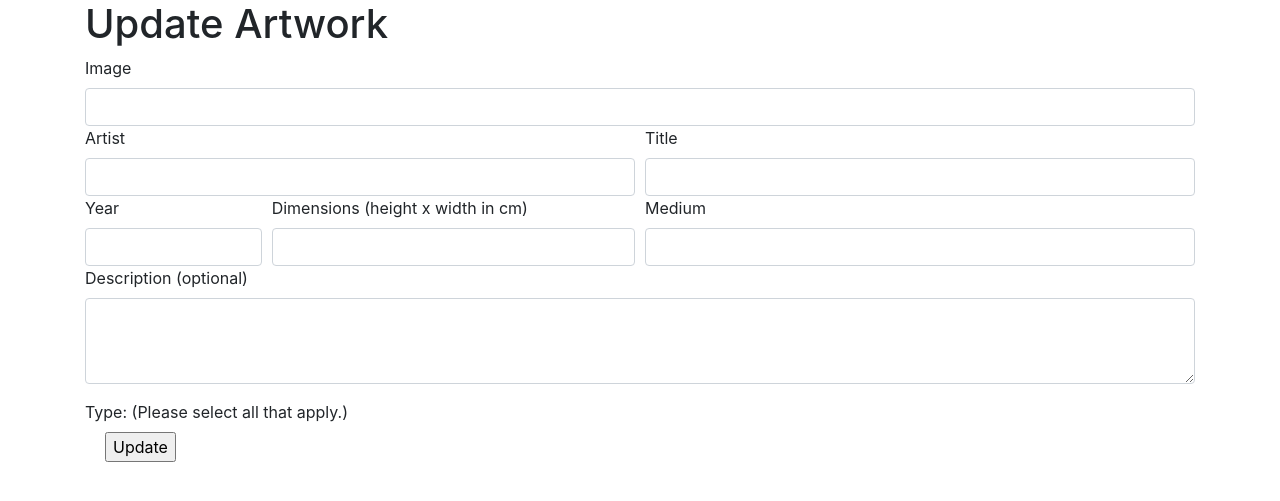
Repository: lynette-lyf/artwork-inventory
Page: templates/edit_artwork.template.html
The author's editor kept a record of every edit. The page is drawn from the files as they stood at one moment, then again after the next edit.
The browser window is 1280 px wide. The pictures show the whole page.
The page is served by the project's application, run on Flask 3 (app.py). The template is opened directly, without the code that normally fills it, so the values that code supplies are empty.

Above is the page before.

### templates/edit_artwork.template.html
<!doctype html>
<html lang="en">
  <head>
    <!-- Required meta tags -->
    <meta charset="utf-8">
    <meta name="viewport" content="width=device-width, initial-scale=1, shrink-to-fit=no">

    <!-- Bootstrap CSS -->
    <link rel="stylesheet" href="https://stackpath.bootstrapcdn.com/bootstrap/4.3.1/css/bootstrap.min.css" integrity="sha384-ggOyR0iXCbMQv3Xipma34MD+dH/1fQ784/j6cY/iJTQUOhcWr7x9JvoRxT2MZw1T" crossorigin="anonymous">

    <title>Add Artwork</title>
  </head>
  <body>
    <div class='container'>
        <h1>Update Artwork</h1>
        <form class='form' method="POST">
          <div class='form-row'>
              <div class='col-12'>
                <label>Image</label>
                <input type='text' class='form-control' name='image' value='{{artworksAndConsigners["image"]}}' required/>
            </div>
            <div class='col-6'>
                <label>Artist</label>
                <input type='text' class='form-control' name='artist' value='{{artworksAndConsigners["artist"]}}' required/>
            </div>
            <div class='col-6'>
                <label>Title</label>
                <input type='text' class='form-control' name='title' value='{{artworksAndConsigners["title"]}}' required/>
            </div>
          </div>

          <div class='form-row'>
            <div class='col-2'>
                <label>Year</label>
                <input type='number' class='form-control' maxlength='4' min='1000' max='2019' name='year' value='{{artworksAndConsigners["year"]}}' required/>
            </div>
            <div class='col-4'>
                <label>Dimensions (height x width in cm)</label>
                <input type='text' class='form-control' name='dimensions' value='{{artworksAndConsigners["dimensions"]}}' required/>
            </div>
            <div class='col-6'>
                <label>Medium</label>
                <input type='text' class='form-control' name='medium' value='{{artworksAndConsigners["medium"]}}' required/>
            </div>
          </div>

            <div class='form-group'>
                <label>Description (optional)</label>
                <textarea class="form-control" rows="3" name='description'>{{artworksAndConsigners["description"]}}</textarea>
            </div>

            <label>Type: (Please select all that apply.)</label>

            <div class="form-check">
            {% for t in all_styles %}
            <input class="form-check-input" type='checkbox' value='{{t}}' id="type" name="type"
            {% if t in selected_type %} checked {%endif%}/>

            <label class="form-check-label" for="{{t}}">
              {{t}}
            </label>

            {% endfor %}
            </form>


            <input type="submit" value="Update"/>
        </form>
    </div>

    <!-- Optional JavaScript -->
    <!-- jQuery first, then Popper.js, then Bootstrap JS -->
    <script src="https://code.jquery.com/jquery-3.3.1.slim.min.js" integrity="sha384-q8i/X+965DzO0rT7abK41JStQIAqVgRVzpbzo5smXKp4YfRvH+8abtTE1Pi6jizo" crossorigin="anonymous"></script>
    <script src="https://cdnjs.cloudflare.com/ajax/libs/popper.js/1.14.7/umd/popper.min.js" integrity="sha384-UO2eT0CpHqdSJQ6hJty5KVphtPhzWj9WO1clHTMGa3JDZwrnQq4sF86dIHNDz0W1" crossorigin="anonymous"></script>
    <script src="https://stackpath.bootstrapcdn.com/bootstrap/4.3.1/js/bootstrap.min.js" integrity="sha384-JjSmVgyd0p3pXB1rRibZUAYoIIy6OrQ6VrjIEaFf/nJGzIxFDsf4x0xIM+B07jRM" crossorigin="anonymous"></script>
  </body>
</html>

### app.py
from flask import Flask, render_template, request, redirect, url_for
import os
from bson import ObjectId
import re

import pymongo

MONGO_URI = os.getenv('MONGO_URI')
DATABASE_NAME = 'artworksAndConsigners'

conn = pymongo.MongoClient(MONGO_URI)

def get_connection():
    conn = pymongo.MongoClient(MONGO_URI)
    return conn

app = Flask(__name__)

@app.route('/')
def index():
    artworksAndConsigners = conn[DATABASE_NAME]['artworksAndConsigners'].find()
    return render_template('index.template.html', results=artworksAndConsigners)


# CREATE************************************************************************

@app.route('/add-artwork')
def show_add_artwork_form():
    return render_template('add_artwork.template.html')

@app.route('/add-artwork', methods=['POST'])
def process_add_artwork_form():
    image = request.form.get('image')
    artist = request.form['artist']
    title = request.form['title']
    year = request.form['year']
    dimensions = request.form['dimensions']
    medium = request.form['medium']
    description = request.form['description']

    # pass value as ARRAY
    type = request.form.getlist('type')

    conn = get_connection()
    conn[DATABASE_NAME]['artworksAndConsigners'].insert({
        "image" : image,
        "artist" : artist,
        "title" : title,
        "year" : year,
        "dimensions" : dimensions,
        "medium" : medium,
        "description" : description,

    # pass value as ARRAY
        "type" : type
    })

    # redirect back to root url
    return redirect("/")

# READ**************************************************************************

@app.route('/')
def search_index():
    search_terms = request.args.get('search-by')
    title = request.args.get('title')
    must_have = request.args.getlist('must-have')

    all_types = ['Abstract', 'Abstract Expressionist', 'Contemporary', 'Cubism', 'Expressionism', 'Figurative', 'Geometric', 'Minimalism', 'Modern', 'Nanyang', 'Pop Art', 'Realism', 'Renaissance', 'Surrealism']

    search_criteria = {}
    print (search_criteria)
    if search_terms is not None and search_terms is not "":
        search_criteria["title"] = re.compile(r'{}'.format(search_terms), re.I)

    if len(must_have) > 0:
        search_criteria['all_types'] = {
            '$all' : must_have
        }



    print (search_criteria)
    # # for display
    # if search_terms is None:
    #     search_terms =""

    if search_terms is None:
        search_terms = ""

    conn = get_connection()
    cursor = conn[DATABASE_NAME]["artworksAndConsigners"].find(search_criteria).limit(10)
    return render_template("index.template.html", results=cursor,
        search_terms=search_terms, title=title, all_types=all_types, must_have=must_have)

# UPDATE************************************************************************

@app.route('/edit-artwork/<artwork_id>')
def show_edit_artwork_form(artwork_id):
    conn = get_connection()
    artwork = conn[DATABASE_NAME]['artworksAndConsigners'].find_one({
        '_id': ObjectId(artwork_id)
    })

    results = artwork['type']
    all_styles = ['Abstract', 'Abstract Expressionist', 'Contemporary', 'Cubism', 'Expressionism', 'Figurative', 'Geometric', 'Minimalism', 'Modern', 'Nanyang', 'Pop Art', 'Realism', 'Renaissance', 'Surrealism']
    all_types = ['Acrylic', 'Canvas', 'Calligraphy', 'Ink', 'Installation', 'Fabric', 'Oil', 'Paper', 'Painting', 'Printmaking', 'Sculpture', 'Watercolour']

    return render_template('edit_artwork.template.html', artworksAndConsigners=artwork,
    selected_type = results, all_styles=all_styles, all_types=all_types)

@app.route("/edit-artwork/<artwork_id>", methods=['POST'])
def process_edit_artwork_form(artwork_id):
    image = request.form.get('image')
    artist = request.form['artist']
    title = request.form['title']
    year = request.form['year']
    dimensions = request.form['dimensions']
    medium = request.form['medium']
    description = request.form['description']
    type = request.form.getlist('type')

    conn = get_connection()
    conn[DATABASE_NAME]["artworksAndConsigners"].update({
        '_id': ObjectId(artwork_id)
    }, {
       "image" : image,
        "artist" : artist,
        "title" : title,
        "year" : year,
        "dimensions" : dimensions,
        "medium" : medium,
        "description" : description,
        "type": type
    })

    return redirect("/")


# DELETE************************************************************************

@app.route('/confirm-delete-artwork/<artwork_id>')
def confirm_delete_artwork(artwork_id):

    artwork = conn[DATABASE_NAME]["artworksAndConsigners"].find_one({
        '_id': ObjectId(artwork_id)
    }, {
        "title": 1,
        "artist": 1
    })

    return render_template('confirm_delete_artwork.template.html', artworksAndConsigners=artwork)

@app.route('/delete-artwork/<artwork_id>')
def delete_artwork(artwork_id):
    conn[DATABASE_NAME]["artworksAndConsigners"].delete_one({
        '_id': ObjectId(artwork_id)
    })

    return redirect('/')

# "magic code" -- boilerplate
if __name__ == '__main__':
    app.run(host=os.environ.get('IP'),
    port=int(os.environ.get('PORT')),
    debug=True)

After the next edit:
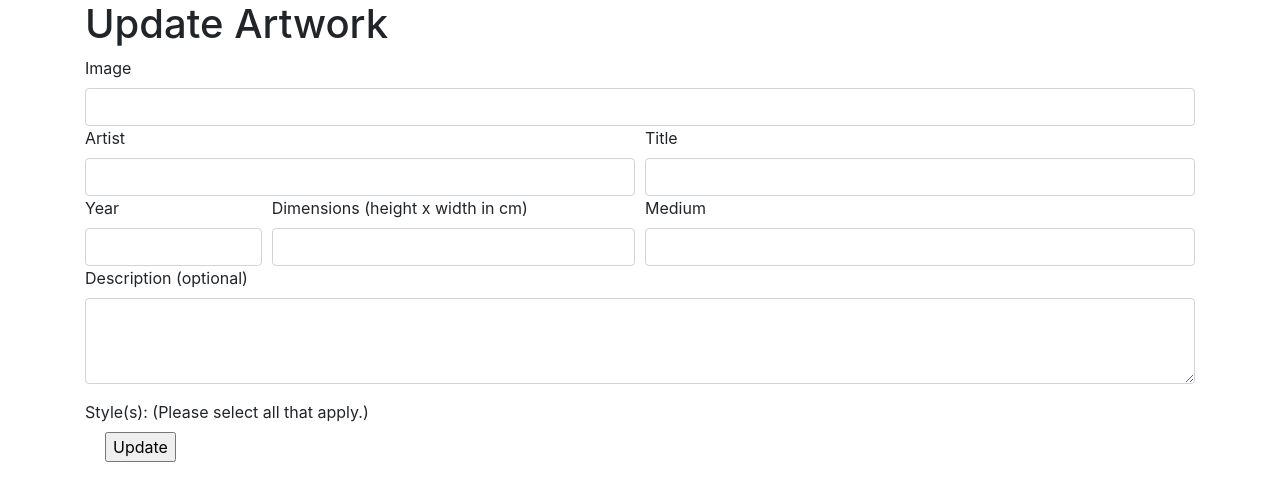
The edit:
--- a/templates/edit_artwork.template.html
+++ b/templates/edit_artwork.template.html
@@ -49,7 +49,7 @@
                 <textarea class="form-control" rows="3" name='description'>{{artworksAndConsigners["description"]}}</textarea>
             </div>
 
-            <label>Type: (Please select all that apply.)</label>
+            <label>Style(s): (Please select all that apply.)</label>
 
             <div class="form-check">
             {% for t in all_styles %}
